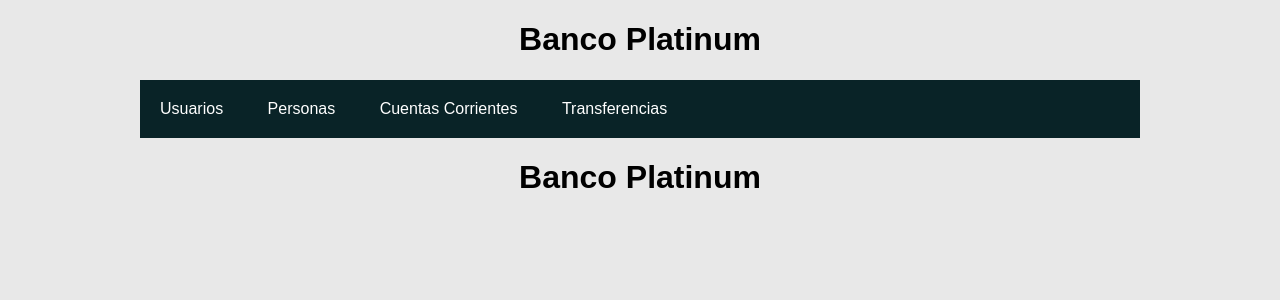
Repository: miguelalvarezcl/examen
Page: http://localhost/CtaCorriente/home.jsp
An editor plug-in stored every save of this project. The page is shown before and after the next save, followed by the edit.
The browser window is 1280 px wide. The pictures show the whole page.
The page is served by Tomcat 9. Other server files are loaded and not shown.

Above is the page before, as saved 2021-11-12 22:28:11.

### CtaCorriente/WebContent/home.jsp
<%@ page language="java" contentType="text/html; charset=utf-8"
    pageEncoding="utf-8"%>
<!DOCTYPE html>
<html>
<head>
<meta charset="utf-8">
<title>:::... Banco Platinum ...:::</title>
</head>
<body>
	<div style="text-align: center">
		<h1>Banco Platinum</h1>
	</div>
		<ul class="menu">
			<li><a href="http://localhost:49670/CtaCorriente/">Usuarios</a></li>
			<li><a href="http://localhost:49670/CtaCorriente/listPersonabd">Personas</a></li>
			<li><a href="http://localhost:49670/CtaCorriente/listCuentabd">Cuentas Corrientes</a></li>
			<li><a href="http://localhost:49670/CtaCorriente/listTransferencia">Transferencias</a></li>

		</ul>


	<div style="text-align: center">
		<h1>Banco Platinum</h1>
	</div>



</body>
</html>
<style>
body{
	font-family: arial, helvetica;
	background: #e8e8e8;
}


.menu{
	list-style: none;
	padding: 0;
	background: #092327;
	width: 85%;
	max-width: 1000px;
	margin: auto;
}

.menu li a{
	text-decoration: none;
	color: white;
	padding: 20px;
	display: block;
}

.menu li{
	display: inline-block;
	text-align: center;
}

.menu li a:hover{
	background: #ef8354;
}


</style>

After the next save:
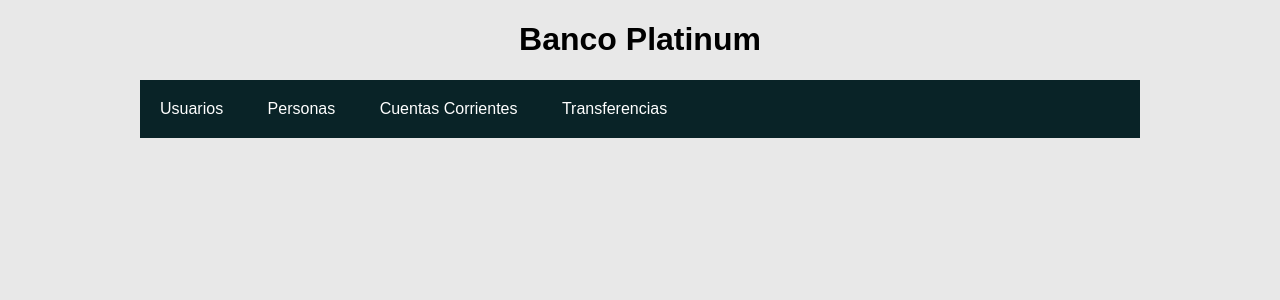
Saved 32 s later.
--- a/CtaCorriente/WebContent/home.jsp
+++ b/CtaCorriente/WebContent/home.jsp
@@ -17,13 +17,6 @@
 			<li><a href="http://localhost:49670/CtaCorriente/listTransferencia">Transferencias</a></li>
 
 		</ul>
-
-
-	<div style="text-align: center">
-		<h1>Banco Platinum</h1>
-	</div>
-
-
 
 </body>
 </html>
